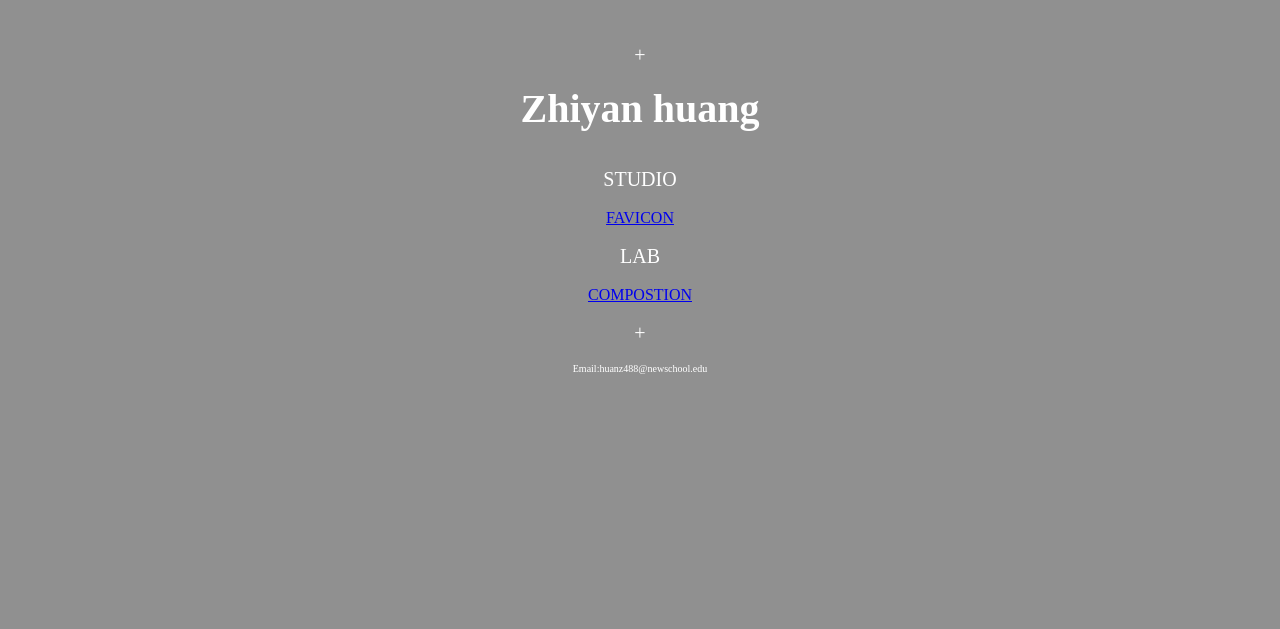
Repository: huanz488/huanz488-github.io
Page: index.html
The author's editor kept a record of every edit. The page is drawn from the files as they stood at one moment, then again after the next edit.
The browser window is 1280 px wide. The pictures show the whole page.

Above is the page before.

After the next edit:
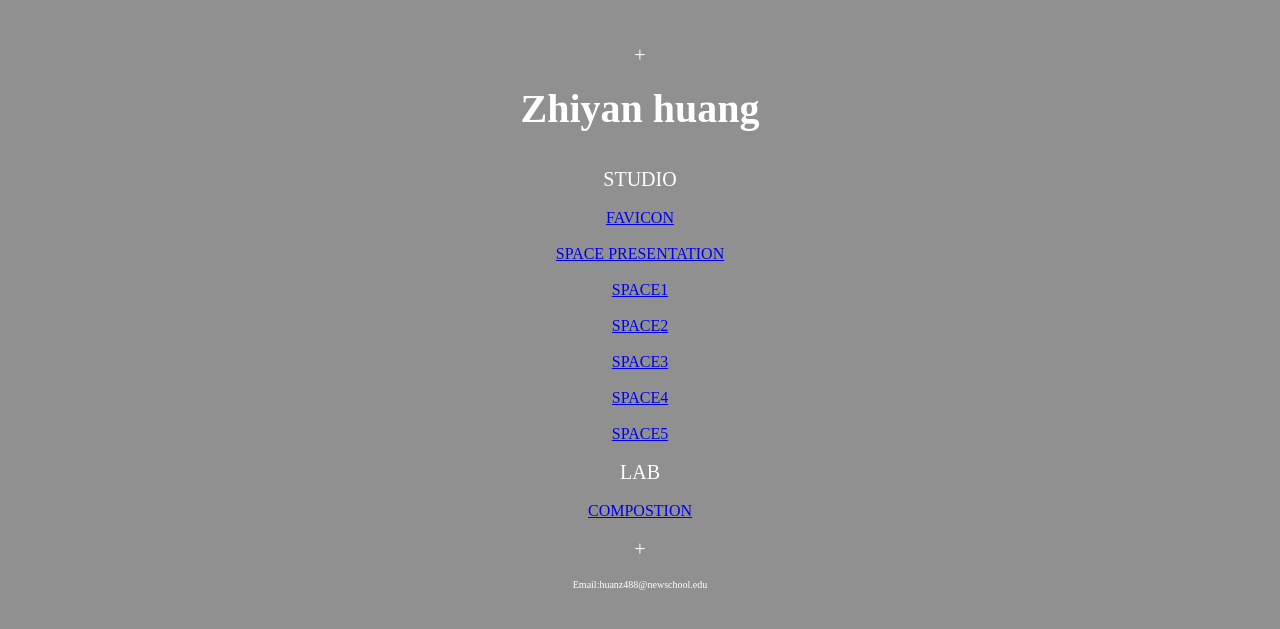
The edit:
--- a/index.html
+++ b/index.html
@@ -9,6 +9,12 @@
 <br>
 <span style="font-size:20";><center>STUDIO</center></span><br>
 <center><a href="favicon/favicon.html">FAVICON</a></center><br>
+<center><a href="Presentation/Presentation.html">SPACE PRESENTATION</a></center><br>
+<center><a href="favicon/favicon.html">SPACE1</a></center><br>
+<center><a href="favicon/favicon.html">SPACE2</a></center><br>
+<center><a href="favicon/favicon.html">SPACE3</a></center><br>
+<center><a href="favicon/favicon.html">SPACE4</a></center><br>
+<center><a href="favicon/favicon.html">SPACE5</a></center><br>
 <span style="font-size:20";><center>LAB</center></span><br>
 <center><a href="composition/composition.html">COMPOSTION</a></center>
 <br>
